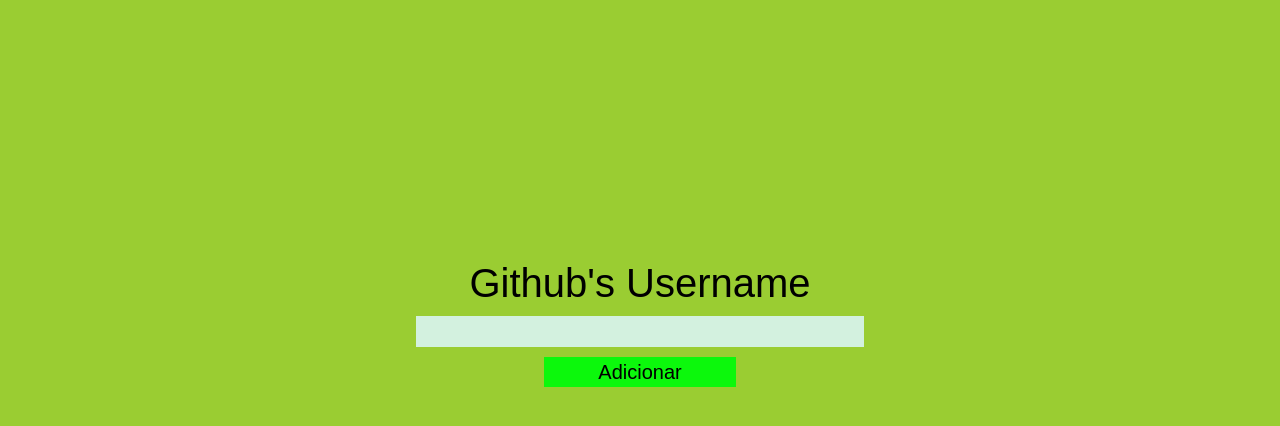
Repository: Orifiel/teste
Page: desafioMod4/desafioJavascritpt0402.html
An editor plug-in stored every save of this project. The page is shown before and after the next save, followed by the edit.
The browser window is 1280 px wide. The pictures show the whole page.
Some web fonts or font styles are not loaded; a fallback is used.

Above is the page before, as saved 2020-08-24 11:59:32.

### desafioMod4/desafioJavascritpt0402.html
<!DOCTYPE html>
<html lang="en">
<head>
    <meta charset="UTF-8">
    <meta name="viewport" content="width=device-width, initial-scale=1.0">
    <title>Document</title>
</head>
<style>
    @import url('https://fonts.googleapis.com/css2?family=Do+Hyeon&display=swap');
    *{
        padding: 0;
        margin: 0;
        box-sizing: border-box;
    }
    body{
        background: yellowgreen;
    }
   .container {
        display: flex;
        flex-direction: column;
        width: 70vw;
        height: 90vh;
        justify-content: center;
        align-items: center;
        margin: 0 auto;
    }
    label{
        font-size: 2.5rem;
        font-family: 'Do Hyeon', sans-serif;
    }
    input {

        outline: none;
        width: 50%;
        padding: 8px 14px;
        border: none;
        background: rgb(211, 241, 223);
        color: rgb(2, 59, 38);
        font-family: Verdana, Geneva, Tahoma, sans-serif;
        font-weight: 700;
        text-align: center;
        margin: 10px auto;
    }

    button {
        width: 12rem;
        height: 30px;
        background: rgb(12, 248, 12);
        border: none;
        font-family: 'Do Hyeon', sans-serif;
        font-size: 20px
    }


</style>
<body>
    <div class="container">
        <label for="username">Github's Username</label>
        <input type="text" name="username" id="username">
        <button onclick=''>Adicionar</button>
    </div>
 <script src="./desafioJavascritpt0402.js"></script>
</body>
</html>

### desafioMod4/desafioJavascritpt0402.js
/**
 * 2º exercício
Crie uma tela com um <input> que deve receber o nome de um usuário no Github. Após digitar o
nome do usuário e clicar no botão buscar a aplicação deve buscar pela API do Github (conforme
URL abaixo) os dados de repositórios do usuário e mostrá-los em tela:
URL de exemplo: https://api.github.com/users/diego3g/repos
Basta alterar "diego3g" pelo nome do usuário.
<input type="text" name="user">
<button onclick="">Adicionar</button>
Depois de preencher o input e adicionar, a seguinte lista deve aparecer abaixo:
<ul>
 <li>repo1</li>
 <li>repo2</li>
 <li>repo3</li>
 <li>repo4</li>
 <li>repo5</li>
</ul>

 */

After the next save:
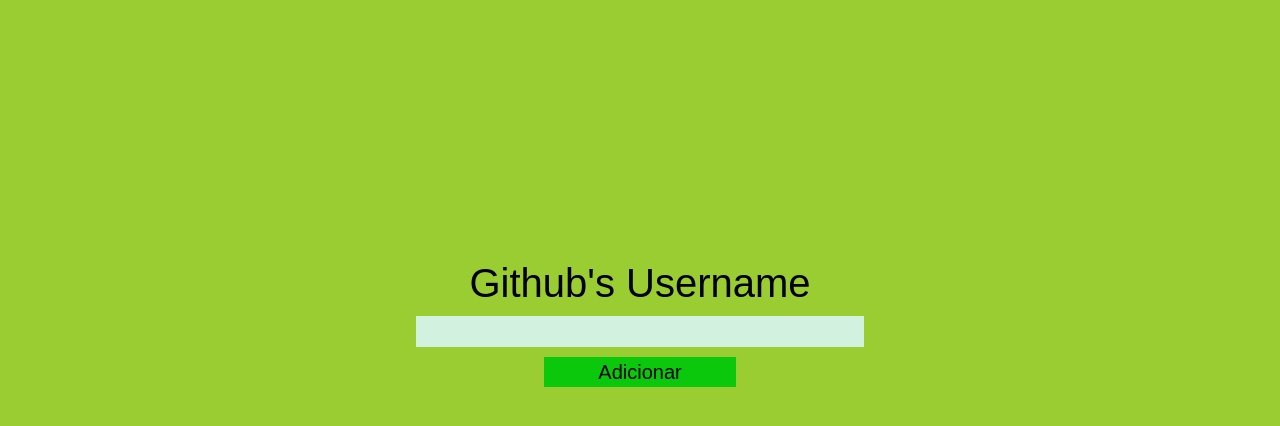
Saved 10 s later.
--- a/desafioMod4/desafioJavascritpt0402.html
+++ b/desafioMod4/desafioJavascritpt0402.html
@@ -45,7 +45,7 @@
     button {
         width: 12rem;
         height: 30px;
-        background: rgb(12, 248, 12);
+        background: rgb(12, 200, 12);
         border: none;
         font-family: 'Do Hyeon', sans-serif;
         font-size: 20px
